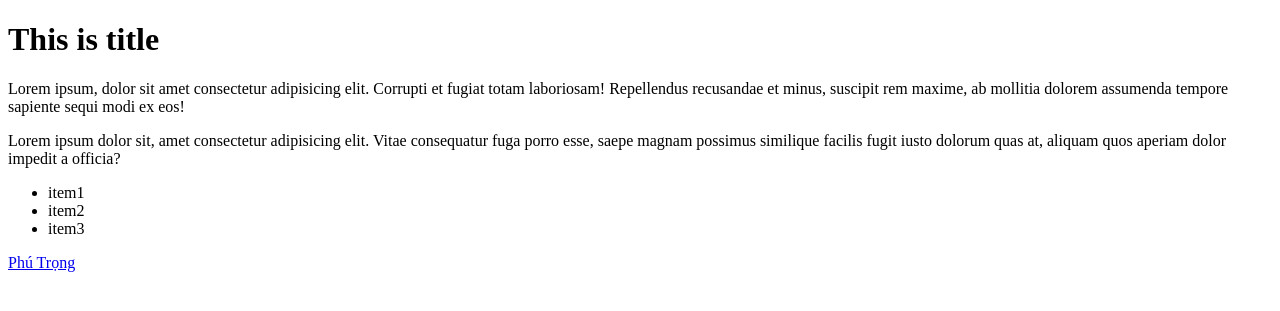
Repository: zRush1202/LoginPage-demo
Page: index.html
The author's editor kept a copy of each file at every save. The page is drawn from the files as they stood at one save, then again after the next save.
The browser window is 1280 px wide. The pictures show the whole page.

Above is the page before, as saved 2023-08-09 21:27:47.

### index.html

<!DOCTYPE html>
<html lang="en">
<head>
    <meta charset="UTF-8">
    <meta name="viewport" content="width=device-width, initial-scale=1.0">
    <title>Document</title>
</head>
<body>
    <h1>
        This is title
    </h1>
    <div>Lorem ipsum, dolor sit amet consectetur adipisicing elit. Corrupti et fugiat totam laboriosam! Repellendus recusandae et minus, suscipit rem maxime, ab mollitia dolorem assumenda tempore sapiente sequi modi ex eos!</div>
    <p id = "#spinner" style="color:red"> Lorem ipsum dolor sit, amet consectetur adipisicing elit. Vitae consequatur fuga porro esse, saepe magnam possimus similique facilis fugit iusto dolorum quas at, aliquam quos aperiam dolor impedit a officia?</p>
    <ul>
        <li class="item item1"> item1</li>
        <li class="item item2"> item2 </li>
        <li class="item item3"> item3 </li>
    </ul>
    <a href="https://evondev.com" target="_blank" class="link">Phú Trọng</a>
    <script src="dom/properties_method.js"></script>
</body>
</html>

### dom/properties_method.js
//1. selector.getAttribute("attribute")
const link = document.querySelector(".link");
console.log(link.getAttribute("href"));

const li = document.querySelectorAll(".item");
li.forEach((item) => {
    console.log(item.getAttribute("class"));
});
console.log(li);

//2. seletor.setAttribute("attribute", value)
link.setAttribute("target", "_blank");
const listLinks = document.querySelectorAll("a.link");
listLinks.forEach(item => item.setAttribute("target", "_blank"));

//3.
const p = document.getElementById("#spinner");
p.removeAttribute("style");

//4. hasAttribute("attribute") => kiểm tra selector có attribute hay k

After the next save:
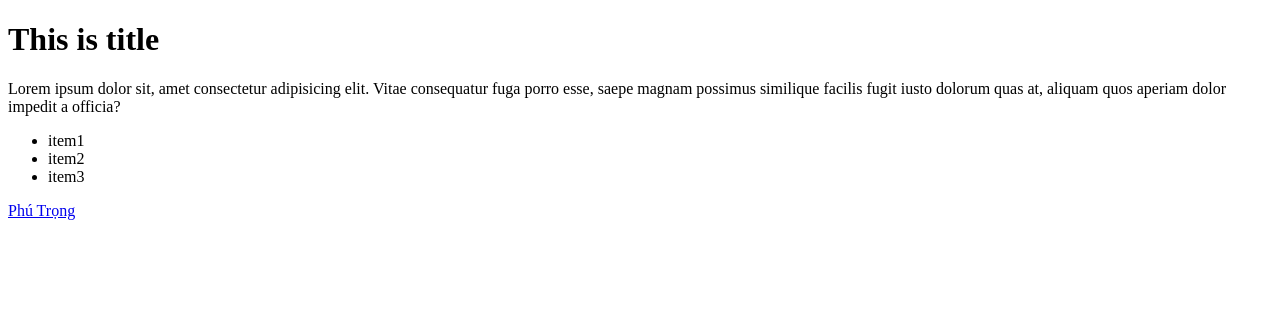
Saved 2 min 46 s later.
--- a/index.html
+++ b/index.html
@@ -10,7 +10,6 @@
     <h1>
         This is title
     </h1>
-    <div>Lorem ipsum, dolor sit amet consectetur adipisicing elit. Corrupti et fugiat totam laboriosam! Repellendus recusandae et minus, suscipit rem maxime, ab mollitia dolorem assumenda tempore sapiente sequi modi ex eos!</div>
     <p id = "#spinner" style="color:red"> Lorem ipsum dolor sit, amet consectetur adipisicing elit. Vitae consequatur fuga porro esse, saepe magnam possimus similique facilis fugit iusto dolorum quas at, aliquam quos aperiam dolor impedit a officia?</p>
     <ul>
         <li class="item item1"> item1</li>
